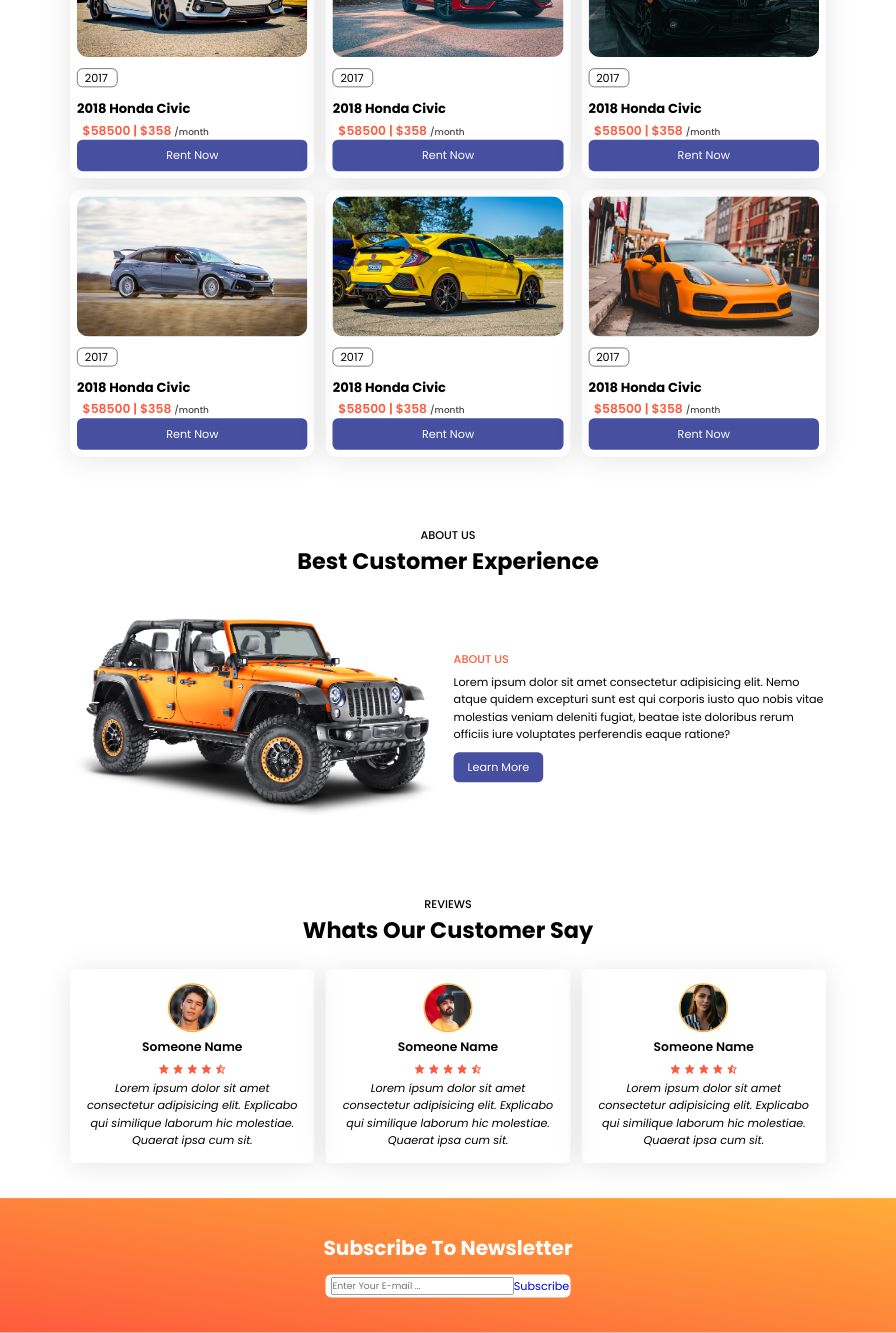
Repository: douglasabnovato/car-rental
Page: index.html
These files come from the project's save history. The page is drawn as it stood at one moment and after a run of saves; the edit follows.
The browser window is 1280 px wide. The pictures show the part of the page from y = 1511 to 3431 px (the page is 3415 px tall before and 3431 px after), at 70% of full size.

Above is the page before, as saved 2025-05-16 17:00:07.

After the next 2 saves:
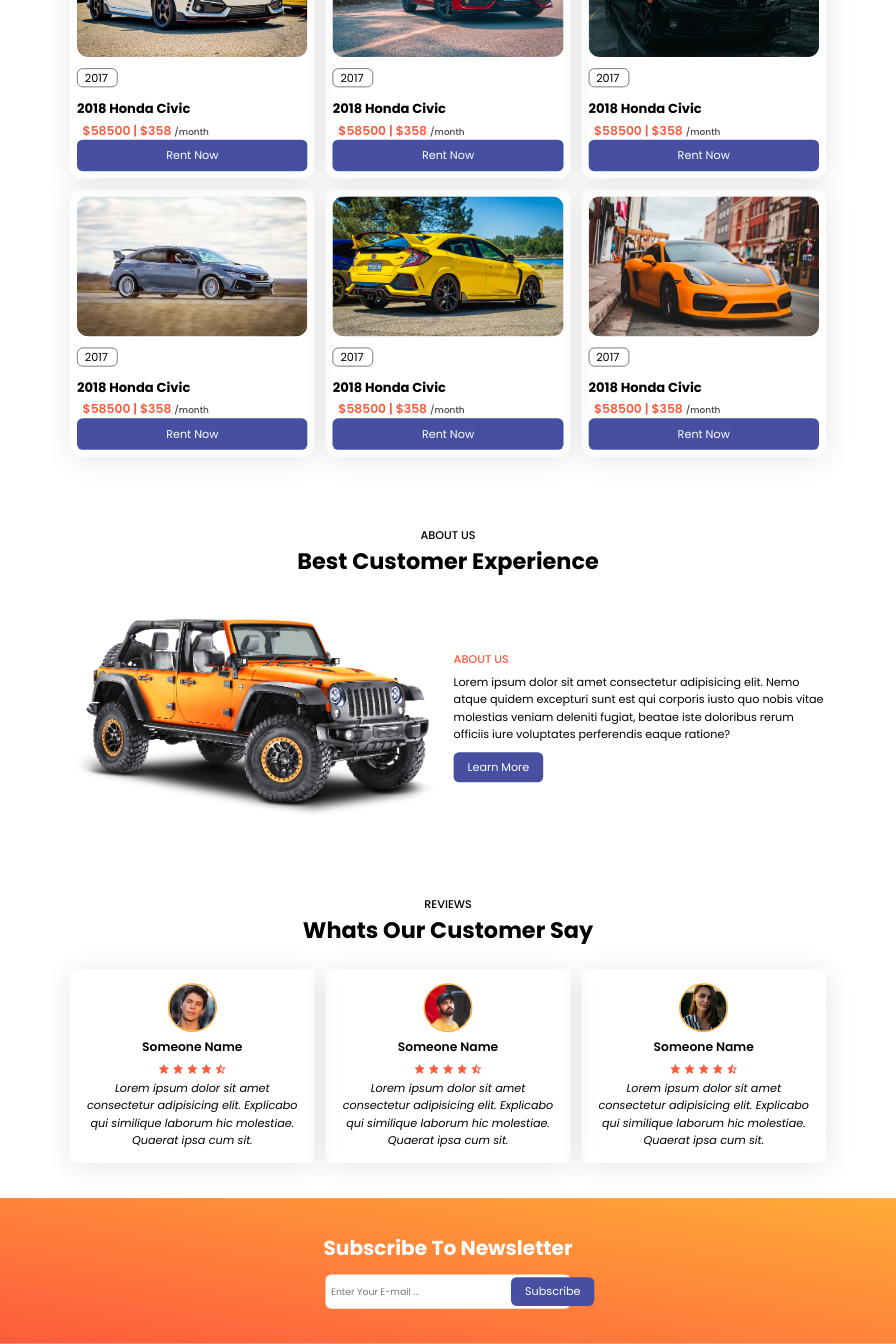
The 2 saves are shown as one change because they came seconds apart.
The last was saved 2 min 5 s later.
--- a/style.css
+++ b/style.css
@@ -402,3 +402,15 @@ header {
   display: flex;
   justify-content: space-between;
 }
+
+.newsletter .box input {
+  border: none;
+  outline: none;
+}
+
+.newsletter .box .btn {
+  background: #474fa0;
+  color: #fff;
+  padding: 8px 20px;
+  border-radius: 0.5rem;
+}
